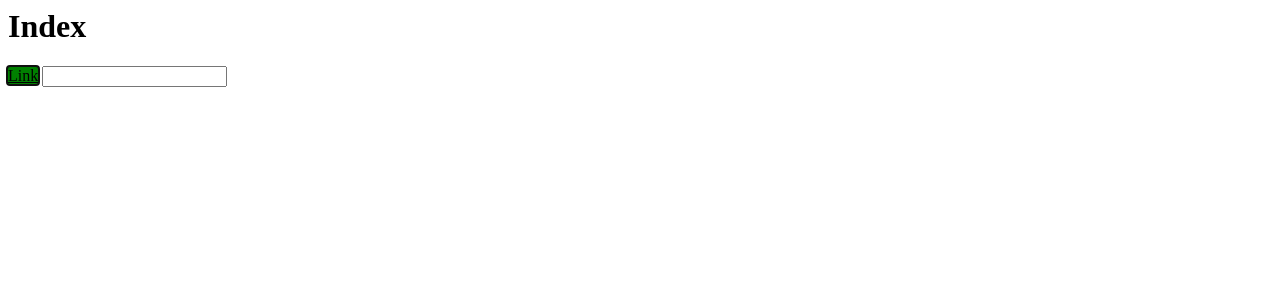
Repository: hiro641/Samurai_JS
Page: index.html
The author's editor kept a record of every edit. The page is drawn from the files as they stood at one moment, then again after the next edit.
The browser window is 1280 px wide. The pictures show the whole page.
The first visible `a` has the focus.

Above is the page before.

### index.html
<html lang="ja">
    <head>
        <style>
            a:link {
                color: black;
            }

            a:visited {
                color: red;
            }
            a:active {
                background-color: red;
            }
            a:focus {
                background-color: green;
            }
        </style>
    </head>
    <body>
        <h1>Index</h1>
        <a href="hoge.html">Link</a>
        <input type="text"/>
    </body>
</html>

After the next edit:
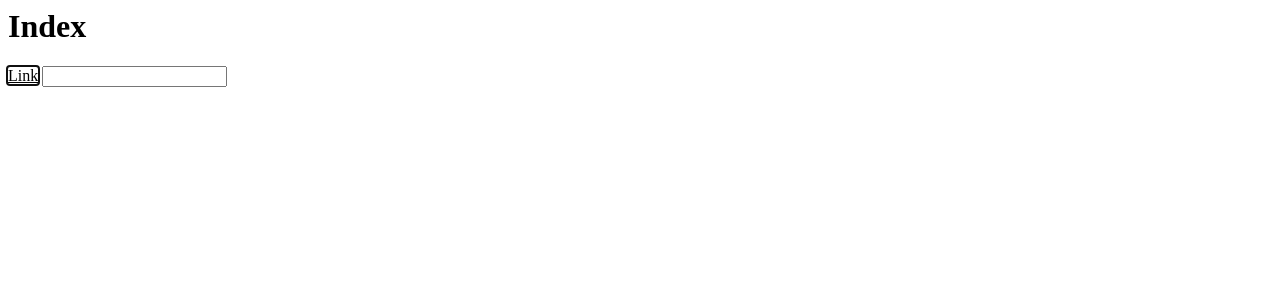
The edit:
--- a/index.html
+++ b/index.html
@@ -11,7 +11,7 @@
             a:active {
                 background-color: red;
             }
-            a:focus {
+            input:focus {
                 background-color: green;
             }
         </style>
